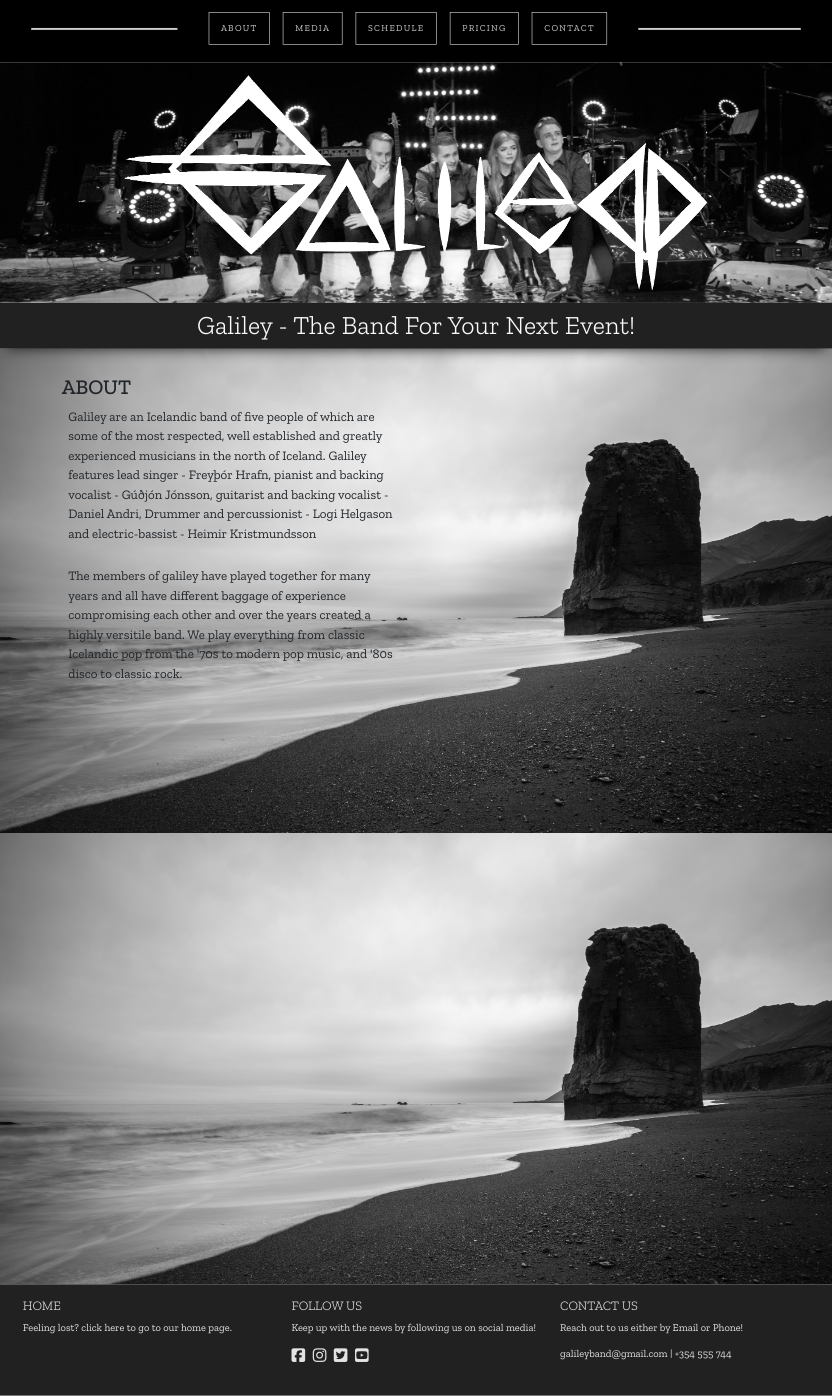
Repository: HeimirDavid/Galiley-Website
Page: index.html
The author's editor kept a record of every edit. The page is drawn from the files as they stood at one moment, then again after the next edit.
The browser window is 1280 px wide. The pictures show the whole page, at 65% of full size.
Backgrounds fixed to the window are drawn as part of the page. Some web libraries are served in a nearby version.

Above is the page before.

### index.html
<!DOCTYPE html>
<html lang="en">

<head>
    <meta charset="UTF-8">
    <meta name="viewport" content="width=device-width, initial-scale=1.0">
    <meta http-equiv="X-UA-Compatible" content="ie=edge">

    <link rel="stylesheet" href="https://stackpath.bootstrapcdn.com/bootstrap/4.3.1/css/bootstrap.min.css" integrity="sha384-ggOyR0iXCbMQv3Xipma34MD+dH/1fQ784/j6cY/iJTQUOhcWr7x9JvoRxT2MZw1T" crossorigin="anonymous">
    <link rel="stylesheet" href="https://cdnjs.cloudflare.com/ajax/libs/hover.css/2.3.1/css/hover-min.css" type="text/css" />
    <link rel="stylesheet" href="assets/css/style.css" type="text/css" />

    <script src="https://code.jquery.com/jquery-3.3.1.slim.min.js" integrity="sha384-q8i/X+965DzO0rT7abK41JStQIAqVgRVzpbzo5smXKp4YfRvH+8abtTE1Pi6jizo" crossorigin="anonymous"></script>
    <script src="https://cdnjs.cloudflare.com/ajax/libs/popper.js/1.14.7/umd/popper.min.js" integrity="sha384-UO2eT0CpHqdSJQ6hJty5KVphtPhzWj9WO1clHTMGa3JDZwrnQq4sF86dIHNDz0W1" crossorigin="anonymous"></script>
    <script src="https://stackpath.bootstrapcdn.com/bootstrap/4.3.1/js/bootstrap.min.js" integrity="sha384-JjSmVgyd0p3pXB1rRibZUAYoIIy6OrQ6VrjIEaFf/nJGzIxFDsf4x0xIM+B07jRM" crossorigin="anonymous"></script>
    <script src="https://kit.fontawesome.com/2ea8c5e5d2.js" crossorigin="anonymous"></script>

    <title>Galiley</title>
</head>

<body>
    <header>
        <!------ Header Navigation Menu, Mainly written with bootstrap  ------>
        <div class="row no-gutters">
            <div class="col black-container">
                <nav class="navbar fixed-top navbar-expand-md navbar-dark bg-dark" id="navbar-black-color"> <!-- Navbar position with help of this  -->
                    <a class="navbar-brand" href="index.html">Galiley - Home</a>                            <!-- tutorial: https://www.youtube.com/watch?v=NzjU1GmKosQ&t=90s  -->
                    <button class="navbar-toggler" type="button" data-toggle="collapse" data-target="#navbarSupportedContent" aria-controls="navbarSupportedContent" aria-expanded="false" aria-label="Toggle navigation">
                    <span class="navbar-toggler-icon"></span></button>
                    <div class="collapse navbar-collapse" id="navbarSupportedContent">
                        <ul class="navbar-nav m-auto">
                            <li class="nav-item menuitem">
                                <a class="nav-link" href="index.html"><span>About</span></a>
                            </li>
                            <li class="nav-item menuitem">
                                <a class="nav-link" href="media.html"><span>Media</span></a>
                            </li>
                            <li class="nav-item menuitem">
                                <a class="nav-link" href="schedule.html"><span>Schedule</span></a>
                            </li>
                            <li class="nav-item menuitem">
                                <a class="nav-link" href="pricing.html"><span>Pricing</span></a>
                            </li>
                            <li class="nav-item menuitem">
                                <a class="nav-link" href="contact.html"><span>Contact</span></a>
                            </li>
                        </ul>
                    </div>
                </nav>
            </div>
        </div>

        <!------ Header Logo Image ------>
        <div class="logo-container">
            <div class="row no-gutters">
                <div class="col header-background-img">
                    <a href="#">
                    <img class="logo-white" src="assets/images/galiley_vit.png">
                </a>
                </div>
            </div>
        </div>

        <!------ Header Text  ------>
        <div class="row no-gutters">
            <div class="col h1-heading">
                <h1>Galiley - The Band For Your Next Event!</h1>
            </div>
        </div>
    </header>

    <!-- About section, inspired by sample projects at CI more specific Haley Schafer - StudentExampleProjectGradeFive-->
    <section id="about-image">
        <div class="container">
            <div class="row about-row">
                <div class="col-md-6">
                    <h2 class="header-h2 uppercase">
                        About
                    </h2>
                    <p class="about-text">
                        Galiley are an Icelandic band of five people of which are some of the most respected, well established
                        and greatly experienced musicians in the north of Iceland. Galiley features lead singer - Freyþór Hrafn,
                        pianist and backing vocalist - Gúðjón Jónsson, guitarist and backing vocalist - Daniel Andri, Drummer and
                        percussionist - Logi Helgason and electric-bassist - Heimir Kristmundsson
                    </p>
                    <p class="about-text">
                        The members of galiley have played together for many
                        years and all have different baggage of experience compromising each other and over the years created a highly
                        versitile band. We play everything from classic Icelandic pop from the '70s to modern pop music, and
                        '80s disco to classic rock.
                    </p>
                </div>
            </div>
        </div>
    </section>

    <footer>        <!------ Footer section, Mainly structured and written with the help from CI tutorials from the Resume-Project.
                             Since i liked the design and strucure and felt that it fits well within this project. ------>
        <div class="container-fluid">
            <div class="row" id="footer-details">
                <div class="col-sm-4">
                    <h5 class="uppercase footer-heading">
                        <a href="index.html" class="footer-links">Home</a>
                    </h5>
                    <p class="inline-block">Feeling lost? click here to go to our home page.</p>
                </div>

                <div class="col-sm-4">
                    <h5 class="uppercase footer-heading">Follow Us</h5>
                    <p class="inline-block">Keep up with the news by following us on social media!</p>
                    <ul class="list-inline social-media-links">
                        <li class="list-inline-item">
                            <a class="footer-links" target="_blank" href="https://www.facebook.com/GalileyBand/">
                                <i class="fab fa-facebook-square"></i>
                                <span class="sr-only">Facebook</span>
                            </a>
                        </li>
                        <li class="list-inline-item">
                            <a class="footer-links" target="_blank" href="#">
                                <i class="fab fa-instagram"></i>
                                <span class="sr-only">Instagram</span>
                            </a>
                        </li>
                        <li class="list-inline-item">
                            <a class="footer-links" target="_blank" href="#">
                                <i class="fab fa-twitter-square"></i>
                                <span class="sr-only">Twitter</span>
                            </a>
                        </li>
                        <li class="list-inline-item">
                            <a class="footer-links" target="_blank" href="#">
                                <i class="fab fa-youtube-square"></i>
                                <span class="sr-only">Youtube</span>
                            </a>
                        </li>
                    </ul>
                </div>

                <div class="col-sm-4">
                    <h5 class="uppercase footer-heading">Contact Us</h5>
                    <p class="inline-block">Reach out to us either by Email or Phone!</p>
                    <p>galileyband@gmail.com | +354 555 744</p>
                </div>
            </div>
        </div>
    </footer>
</body>

</html>

### assets/css/style.css
@import url('https://fonts.googleapis.com/css?family=Zilla+Slab:300,400,500,600,700&display=swap');

body {
    font-family: 'Zilla Slab', serif;
    background-color: #e3e3e3;

}

/*--------------------------------- Colour */

.green-color {
    color: #35af7e;
}

.wine-red-color {
    color: #b11226;
}

/*------------------------------- Special padding/margins/text */

h1, h2, h3, h4, h5 {
    margin: 0;
}

.uppercase {
    text-transform: uppercase;
}

.inline-block {
    display: inline-block;
}


/*--------------------------------- Navbar/Menu */

.navbar {
    opacity: 0.9;
    text-align: center;
    padding-bottom: 1.2em;
}

.menuitem {
    height: 50px;
    text-align: center;
    padding-left: 10px;
    padding-right: 10px;
    margin: 0px 10px 0px 10px;
    border: 1px solid #e3e3e3;
    transition: ease-in-out 0.3s;
    -moz-transition: ease-in-out 0.3s;
    -webkit-transition: ease-in-out 0.3s;
    -o-transition: ease-in-out 0.3s;
}

.menuitem a {
    width: 100%;
    text-decoration: none;
    color: #e3e3e3;
    height: 120px;
}

.menuitem a i {
    padding-top: 22px;
    display: block;
    color: #e3e3e3;
    font-size: 26px;
}

.menuitem span {
    display: block;
    width: 100%;
    padding-top: 5px;
    text-align: center;
    text-transform: uppercase;
    font-size: 14px;
    font-weight: 400;
    letter-spacing: 2px;
    transition: ease-in-out 0.3s;
    -moz-transition: ease-in-out 0.3s;
    -webkit-transition: ease-in-out 0.3s;
    -o-transition: ease-in-out 0.3s;
    color: #e3e3e3;

}

.menuitem:hover {
    background-color: #e3e3e3;
}

.menuitem:hover.menuitem span {
    color: #212121;
}

.navbar::before,     /* Before and After used from inspiration of this tutorial: https://www.youtube.com/watch?v=zGiirUiWslI   */
.navbar::after {
    content: "";
    margin-left: 2em;
    margin-right: 2em;
    width: 18%;
    height: 0.2em;
    background-color: #e3e3e3;
}

.navbar::after {
    width: 20%;
}

.fixed-top {
    padding-top: 1.2em;
}

.navbar-brand {
    display: none;
}

#navbar-black-color {
    background-color: #000!important;
}




/*--------------------------------- Header */

.black-container {
    position: relative;
    top: 0;
    left: 0;
    width: 100%;
    height:6em;
    background-color: #000;
}

.h1-heading {
    color: #fafafa;
    padding: 10px 0px 12px 0px;
    text-align: center;
    background-color: #212121;
    box-shadow: 0px 10px 20px -10px #212121;
}

.h1-heading h1 {
    font-weight: 300;
}

.header-background-img {
    display: block;
    background-image: url("../images/galiley_diddi.jpg");
    padding: 20px;
    background-size: cover;
}

/*
.logo-container {
    margin-top: 7%;
}
*/

.logo-white {
    opacity: 1.9;
    display: block;
    margin-left: auto;
    margin-right: auto;
    width: 70%;
}

/*--------------------------------- Footer */

footer {
    background-color: #212121;
    color: #e3e3e3;
    min-height: 100px;
    margin: 0;
}

.footer-heading {
    font-weight: 300;
    text-decoration: none;
    margin-bottom: 10px;
}

.footer-heading a {
    transition: ease-in-out 0.3s;
    -moz-transition: ease-in-out 0.3s;
    -webkit-transition: ease-in-out 0.3s;
    -o-transition: ease-in-out 0.3s;
}

.footer-heading a:hover {
    color: #a5a5a5;
    text-decoration: none;
}

.footer-links {
    color: #e3e3e3;
}

.social-media-links {
    padding-bottom: 10px;
}

.social-media-links li a i {
    font-size: x-large;
    padding: 10px 0px;
    line-height: 10px;
    transition: ease-in-out 0.3s;
    -moz-transition: ease-in-out 0.3s;
    -webkit-transition: ease-in-out 0.3s;
    -o-transition: ease-in-out 0.3s;
}

.social-media-links li a i:hover {
    color: #35af7e;
}

#footer-details {
    padding: 20px;
}

/*--------------------------------- About Section */

.about-row {
    padding: 40px 10px 20px 10px;
}

.heading-h2 {
    font-weight: 400;
    padding: 10px 10px 20px 10px;
    letter-spacing: 1.5px;
}

.about-text {
    font-size: 20px;
    padding: 10px;
}

/*--------------------------------- Media Queries */

@media (max-width: 767px) {
    .navbar::before,
    .navbar::after {
        display: none;
    }

    .navbar-brand {
        display: block;
    }

    .fixed-top {
        padding: 1em;
    }
}

@media (min-width: 767px), (max-width: 1000px) {
    #about-image {
    background-image: url("../images/about-sea-image.jpg");
    background-attachment: fixed;
    background-size: cover;
    height: 200vh;
    width: 100%;
    }
}

After the next edit:
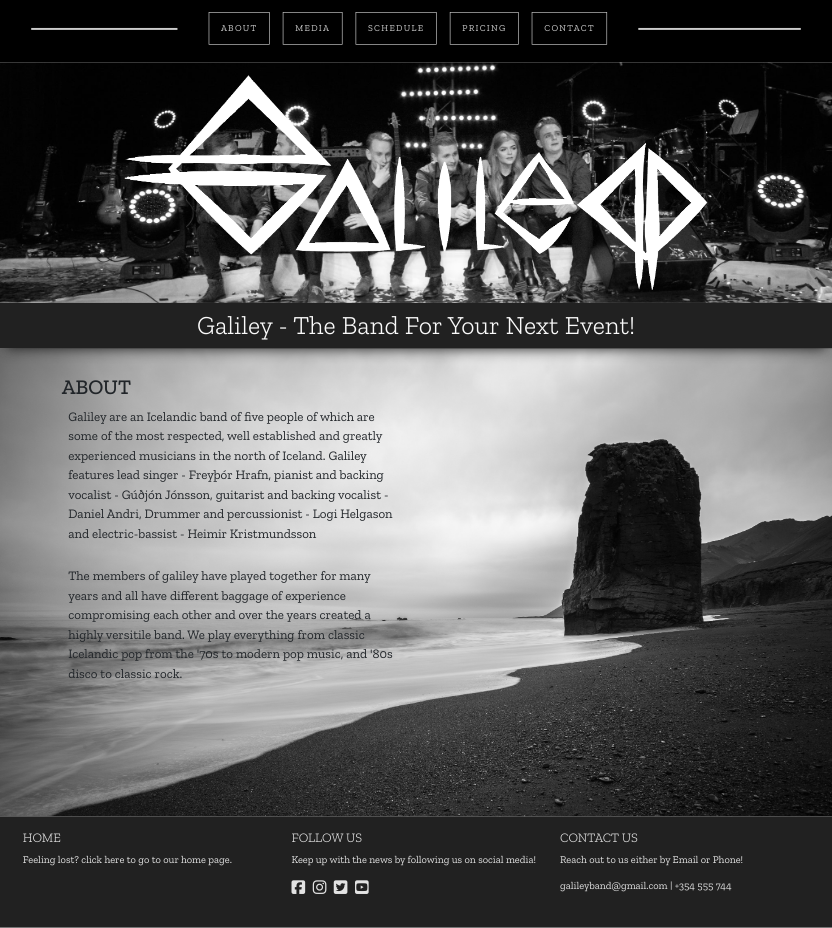
The edit:
--- a/assets/css/style.css
+++ b/assets/css/style.css
@@ -260,3 +260,14 @@
     width: 100%;
     }
 }
+
+@media (min-width: 767px) {
+    #about-image {
+    background-image: url("../images/about-sea-image.jpg");
+    background-attachment: fixed;
+    background-size: cover;
+    height: 100vh;
+    width: 100%;
+    }
+
+}

After the 2 edits that followed:
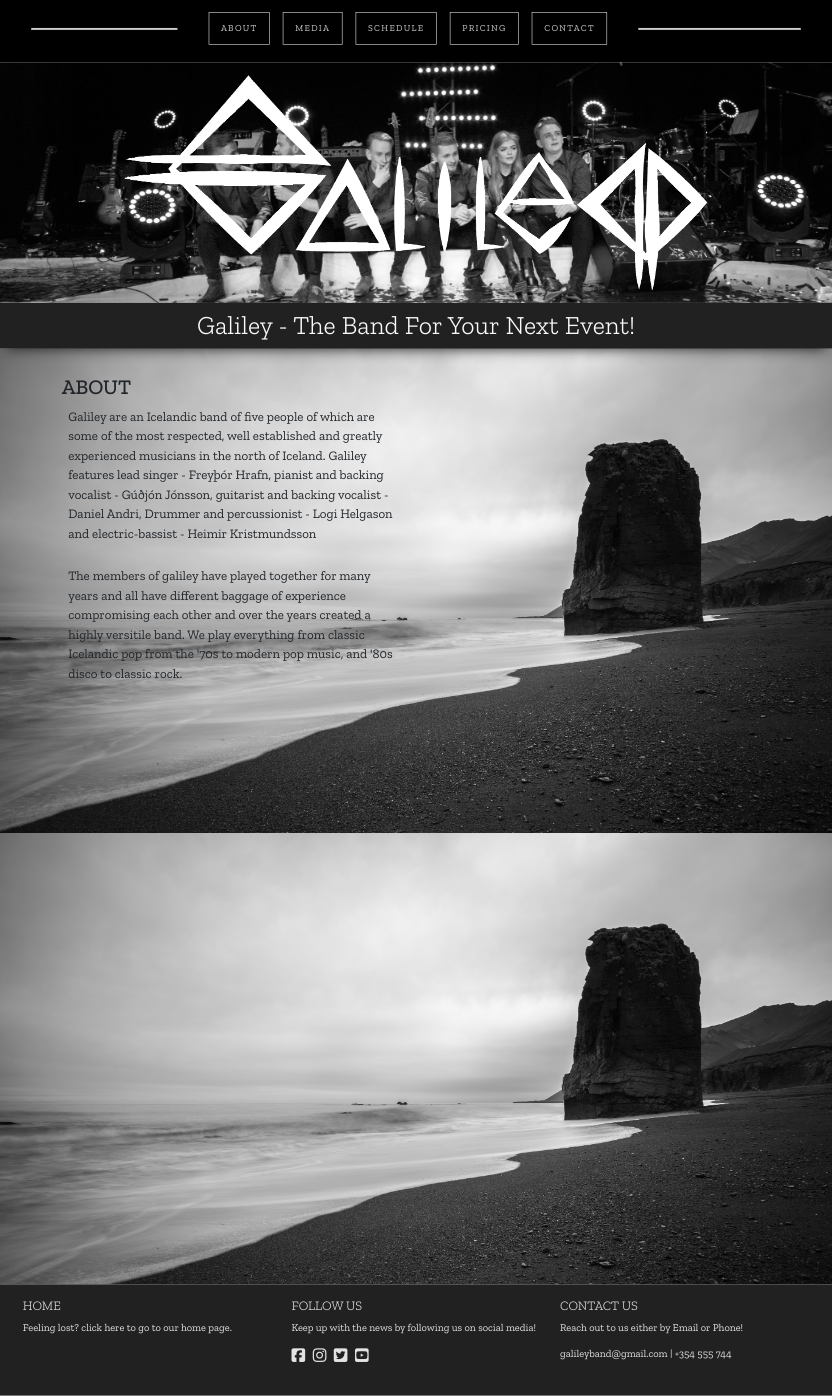
The 2 edits are shown as one change because 1 left the picture as it was.
The edit:
--- a/assets/css/style.css
+++ b/assets/css/style.css
@@ -251,7 +251,7 @@
     }
 }
 
-@media (min-width: 767px), (max-width: 1000px) {
+@media (max-width: 767px), (min-width: 1000px) {
     #about-image {
     background-image: url("../images/about-sea-image.jpg");
     background-attachment: fixed;
@@ -260,14 +260,3 @@
     width: 100%;
     }
 }
-
-@media (min-width: 767px) {
-    #about-image {
-    background-image: url("../images/about-sea-image.jpg");
-    background-attachment: fixed;
-    background-size: cover;
-    height: 100vh;
-    width: 100%;
-    }
-
-}
